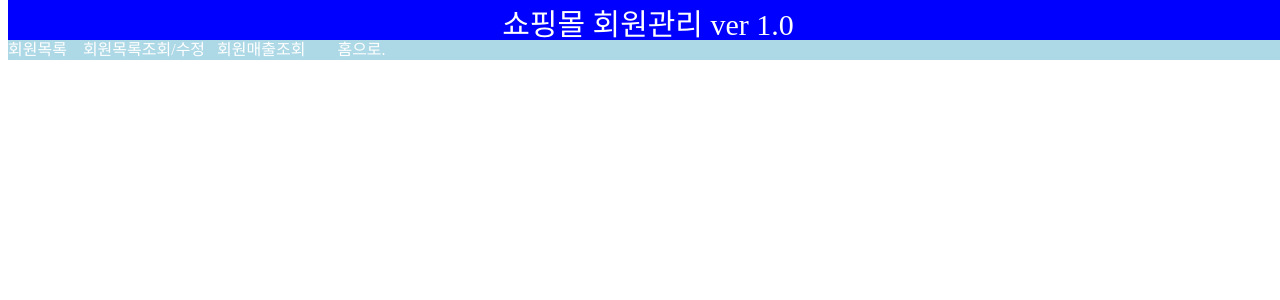
Repository: RnfElwl/youtube_infoT
Page: http://localhost/HRD_30812/
An editor plug-in stored every save of this project. The page is shown before and after the next save, followed by the edit.
The browser window is 1280 px wide. The pictures show the whole page.
The page is served by Tomcat 9. Other server files are loaded and not shown.

Above is the page before, as saved 2022-03-10 14:06:06.

### HRD_30812/src/main/webapp/index.jsp
<%@ page language="java" contentType="text/html; charset=UTF-8"
    pageEncoding="UTF-8"%>
<!DOCTYPE html>
<html>
<head>
<meta charset="UTF-8">
<title>index</title>
</head>
<body>
	<header style="position:fixed; top:0px; width:100%; height:40px;
	background-color:blue; color:white;font-size:30px; text-align:center; line-height:40px '"> 쇼핑몰 회원관리 ver 1.0</header>
	<nav style="position:fixed; top:40px; width:100%; height:20px;
	background-color:lightblue; color:white; line-height:20px ">회원목록 &nbsp;&nbsp; 회원목록조회/수정 &nbsp;&nbsp;회원매출조회 &nbsp; &nbsp; &nbsp; &nbsp;홈으로.</nav>
</body>
</html>

After the next save:
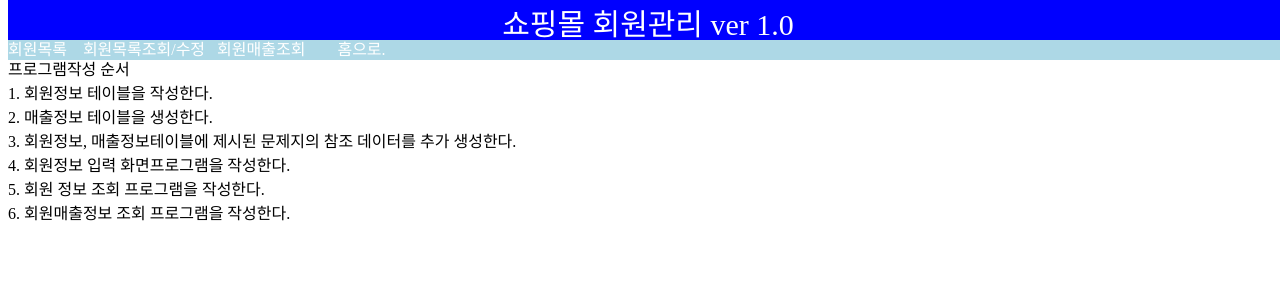
Saved 3 min 19 s later.
--- a/HRD_30812/src/main/webapp/index.jsp
+++ b/HRD_30812/src/main/webapp/index.jsp
@@ -11,5 +11,17 @@
 	background-color:blue; color:white;font-size:30px; text-align:center; line-height:40px '"> 쇼핑몰 회원관리 ver 1.0</header>
 	<nav style="position:fixed; top:40px; width:100%; height:20px;
 	background-color:lightblue; color:white; line-height:20px ">회원목록 &nbsp;&nbsp; 회원목록조회/수정 &nbsp;&nbsp;회원매출조회 &nbsp; &nbsp; &nbsp; &nbsp;홈으로.</nav>
+	<section>
+	 쇼핑몰 회원관리 프로그램<br>
+	 쇼핑몰 회원정보와 회원매출 정보 데이터베이스를 구축하고 회원 관리 프로그램을 작성하는 프로그램이다.<br>
+	 프로그램작성 순서<br>
+	 1. 회원정보 테이블을 작성한다.<br>
+	 2. 매출정보 테이블을 생성한다.<br>
+	 3. 회원정보, 매출정보테이블에 제시된 문제지의 참조 데이터를 추가 생성한다.<br>
+	 4. 회원정보 입력 화면프로그램을 작성한다.<br>
+	 5. 회원 정보 조회 프로그램을 작성한다.<br>
+	 6. 회원매출정보 조회 프로그램을 작성한다.<br>
+
+	</section>
 </body>
 </html>
